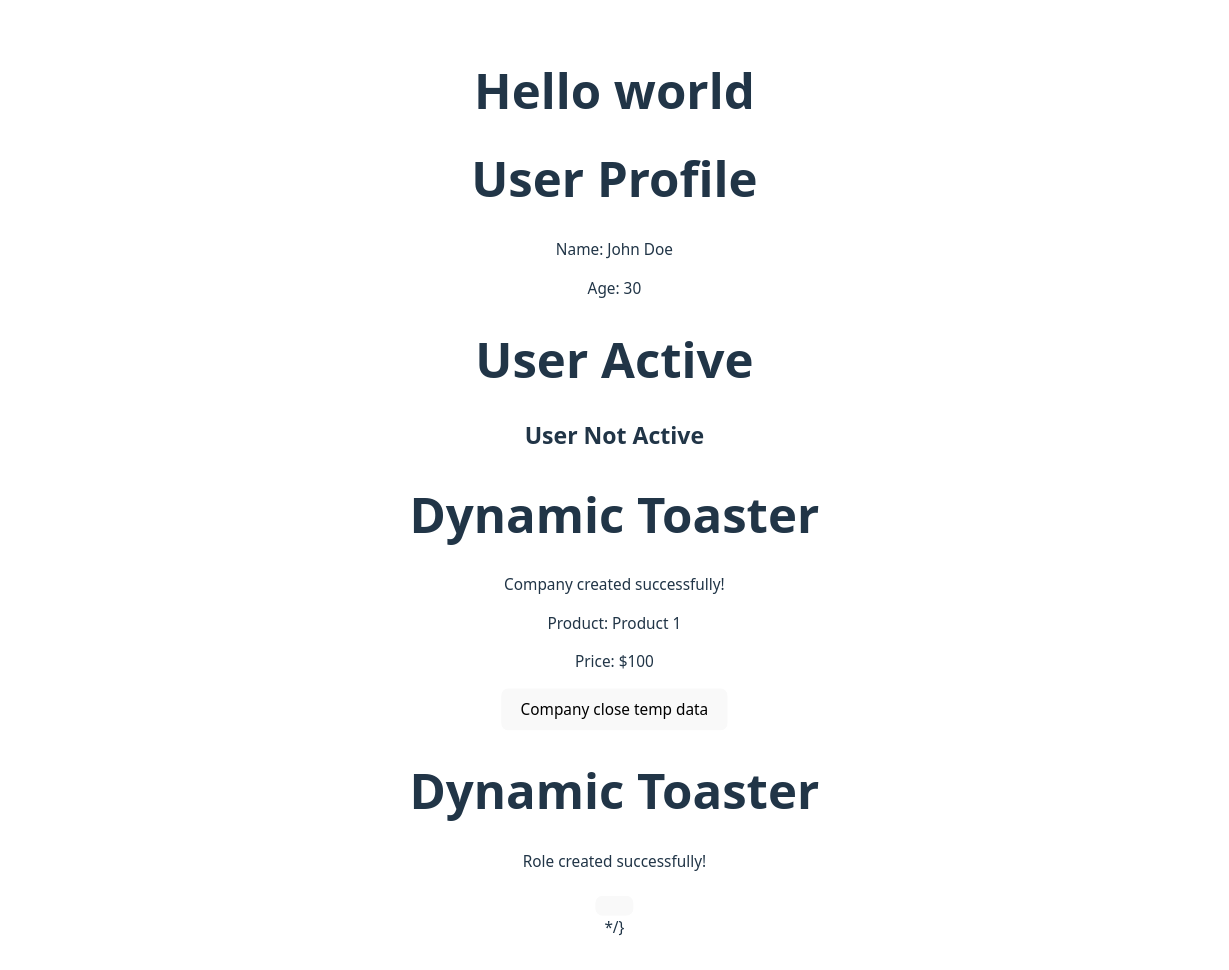
Repository: Janum4444/React-learning
Page: /
The author's editor kept a copy of each file at every save. The page is drawn from the files as they stood at one save, then again after the next save.
The browser window is 1280 px wide. The pictures show the whole page, at 96% of full size.
The project was rebuilt for these pictures with package versions that can differ from the ones it lists, and the page was loaded fresh each time. Also part of the build but not shown: vite.config.js, src/Hello.jsx.

Above is the page before, as saved 2026-02-22 12:42:24.

After the next save:
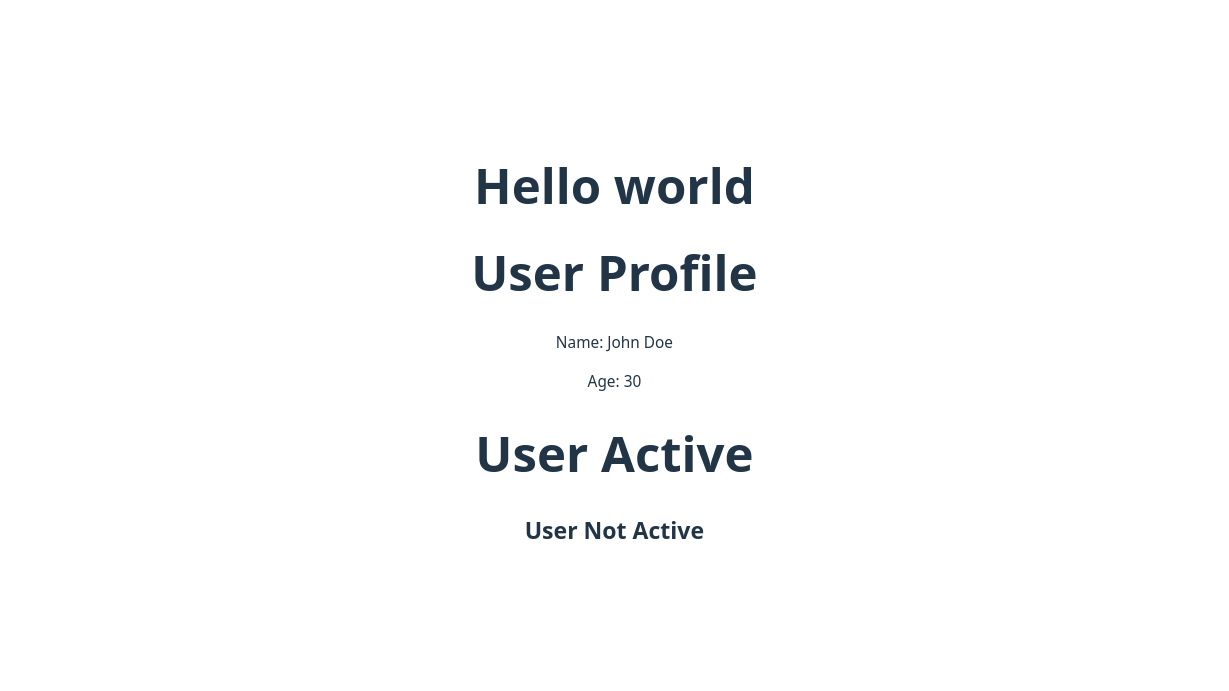
Saved 19 s later.
--- a/src/App.jsx
+++ b/src/App.jsx
@@ -29,7 +29,7 @@ function App() {
         {/* <DynamicToaster  product={product[0]} />
 
         {/* //company creation */}
-        <DynamicToaster message="Company created successfully!" product={product[0]} label="Company close" temp="temp data" />
+        {/* <DynamicToaster message="Company created successfully!" product={product[0]} label="Company close" temp="temp data" />
 
         <DynamicToaster message="Role created successfully!" />   */}
 
